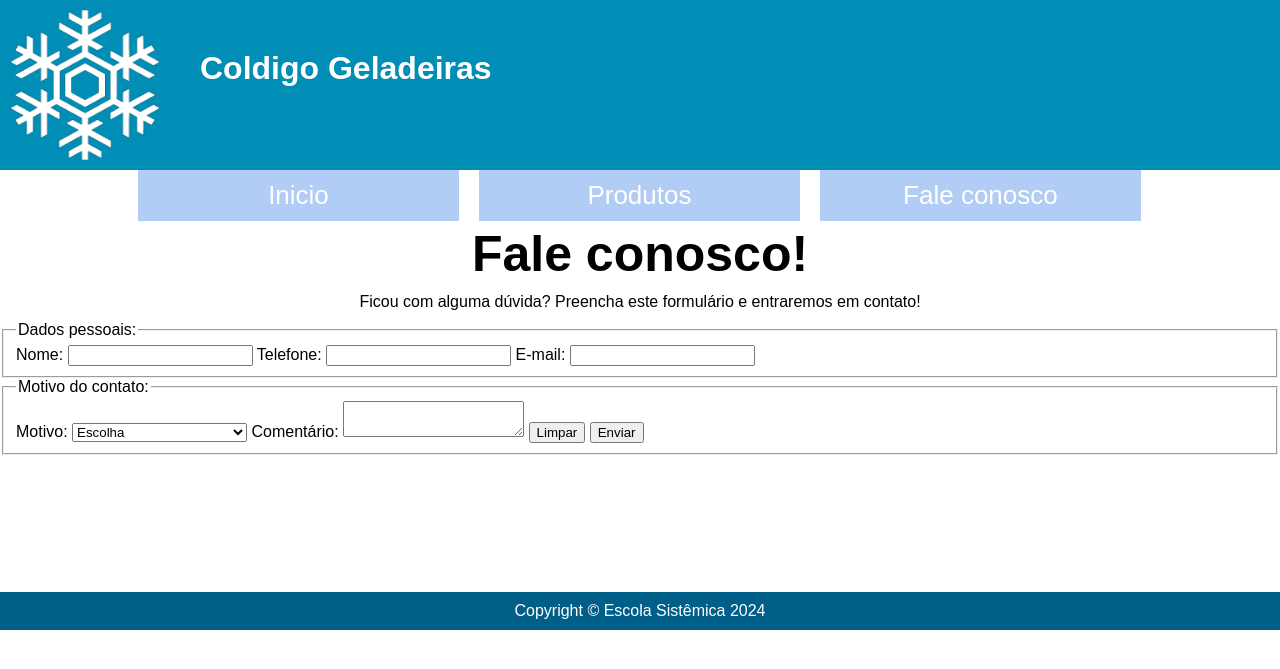
Repository: AndreiLGomes/faculdade
Page: http://localhost/ProjetoTrilhaWeb/pages/site/faleconosco.html
These files come from the project's save history. The page is drawn as it stood at one moment and after the next save; the edit follows.
The browser window is 1280 px wide. The pictures show the whole page.
The page is served by Tomcat 9.

Above is the page before, as saved 2024-04-10 23:17:39.

After the next save:
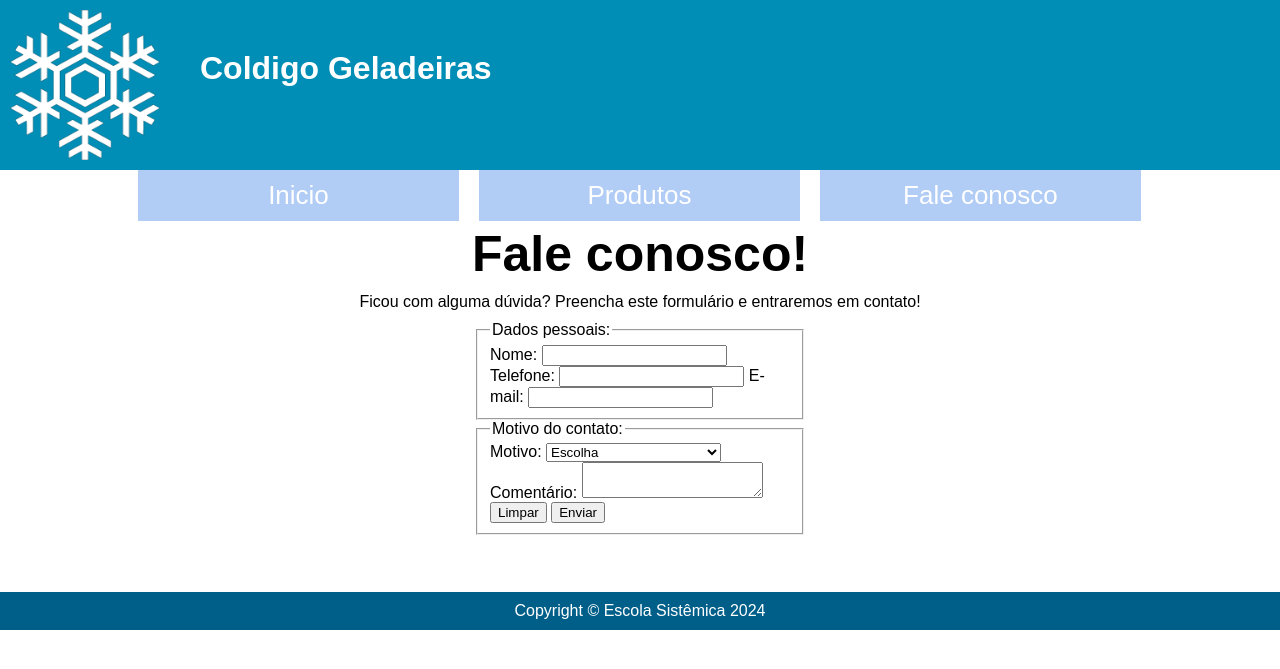
Saved 8 min 37 s later.
--- a/2 ano/WorkspaceTrilhaWeb/ProjetoTrilhaWeb/src/main/webapp/css/site.css
+++ b/2 ano/WorkspaceTrilhaWeb/ProjetoTrilhaWeb/src/main/webapp/css/site.css
@@ -145,5 +145,10 @@ tr:nth-child(odd){
 .tabelaGeladeira{
 	margin: 10px auto; /* botou no centro */
 	text-align: center;
+}
+/*Configuração da página Fale conosco*/
 
+.faleConosco{
+	width: 300px;
+	margin: 0px auto;
 }
